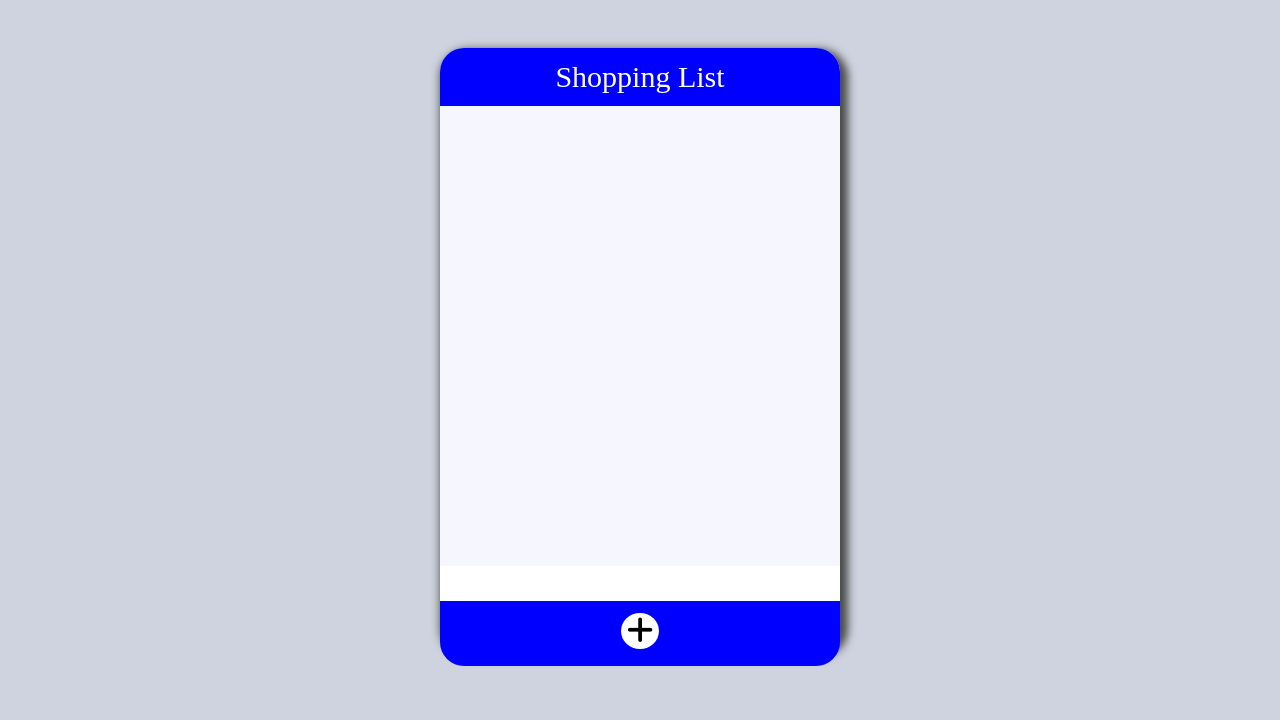
Repository: keehoonjung/Shopping-list
Page: index.html
An editor plug-in stored every save of this project. The page is shown before and after the next save, followed by the edit.
The browser window is 1280 px wide. The pictures show the whole page.
Some web libraries are served in a nearby version.

Above is the page before, as saved 2021-08-09 14:31:27.

After the next save:
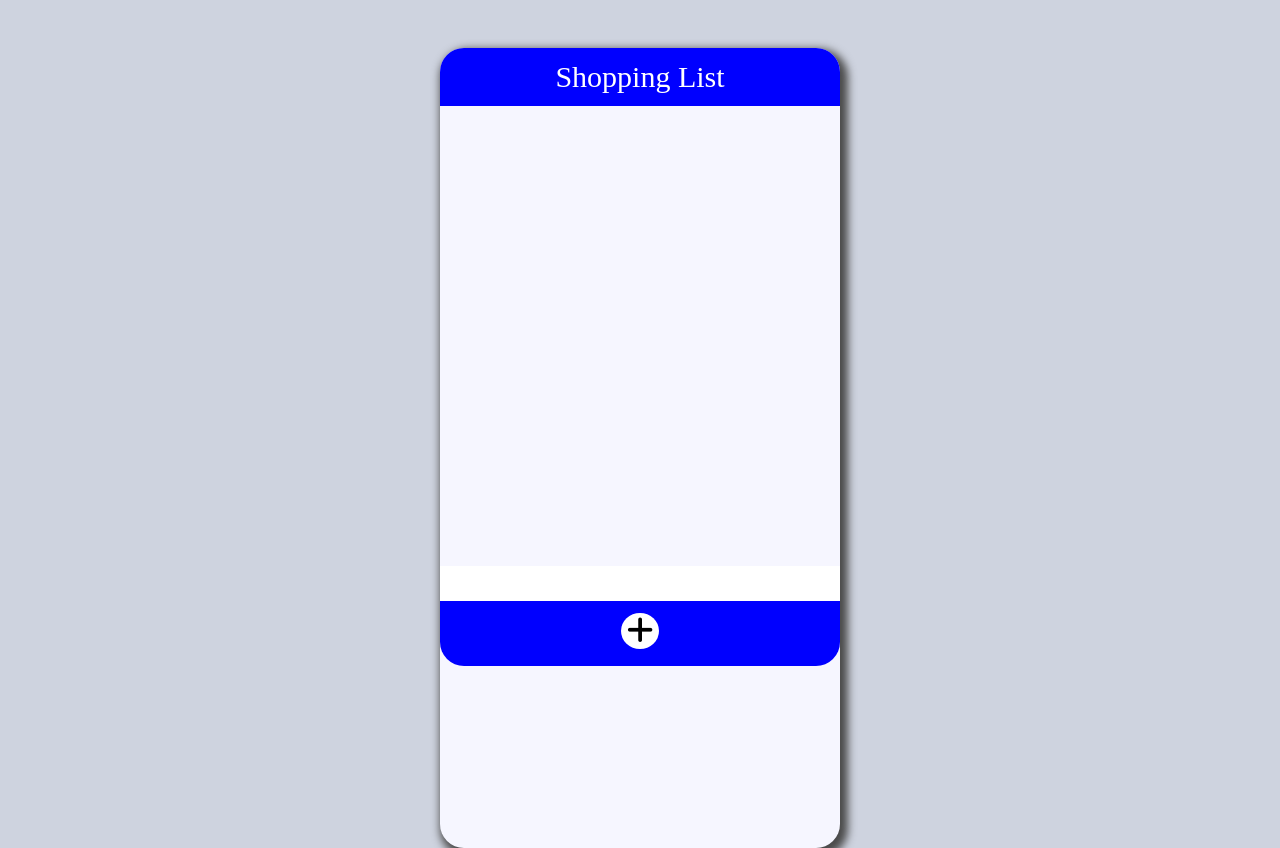
Saved 33 s later.
--- a/style.css
+++ b/style.css
@@ -36,7 +36,7 @@ button {
   margin: 0;
   display: inline-block;
   background-color: rgb(246, 246, 255);
-  height: 600px;
+  height: 800px;
   width: 400px;
   border-radius: 24px;
   transform: translateY(40px);
